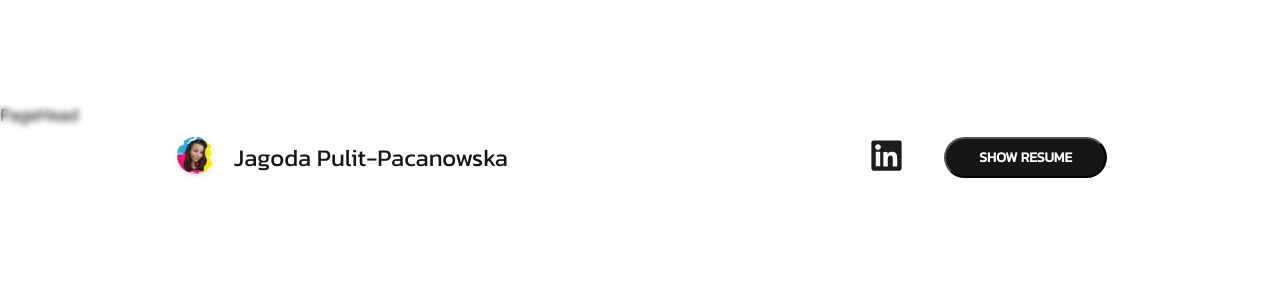
Repository: remigiuszpulit/ux-ui-portfolio
Page: /dimarkit
The author's editor kept a copy of each file at every save. The page is drawn from the files as they stood at one save, then again after the next save.
The browser window is 1280 px wide. The pictures show the whole page.
The project was rebuilt for these pictures with package versions that can differ from the ones it lists, and the page was loaded fresh each time. Also part of the build but not shown: src/components/Card.js, src/pages/index.js.

Above is the page before, as saved 2022-10-03 19:29:13.

### public/index.html
<!DOCTYPE html>
<html lang="en">
  <head>
    <meta charset="utf-8" />
    <link rel="icon" href="%PUBLIC_URL%/avatar.svg" />
    <meta name="viewport" content="width=device-width, initial-scale=1" />
    <meta name="theme-color" content="#000000" />
    <meta
      name="description"
      content="Web site created using create-react-app"
    />
    <link rel="apple-touch-icon" href="%PUBLIC_URL%/avatar.svg" />
    <!--
      manifest.json provides metadata used when your web app is installed on a
      user's mobile device or desktop. See https://developers.google.com/web/fundamentals/web-app-manifest/
    -->
    <link rel="manifest" href="%PUBLIC_URL%/manifest.json" />
    <!--
      Notice the use of %PUBLIC_URL% in the tags above.
      It will be replaced with the URL of the `public` folder during the build.
      Only files inside the `public` folder can be referenced from the HTML.

      Unlike "/favicon.ico" or "favicon.ico", "%PUBLIC_URL%/favicon.ico" will
      work correctly both with client-side routing and a non-root public URL.
      Learn how to configure a non-root public URL by running `npm run build`.
    -->
    <title>Jagoda Pulit UX/UI Portfolio</title>
  </head>
  <body>
    <noscript>You need to enable JavaScript to run this app.</noscript>
    <div id="root"></div>
    <!--
      This HTML file is a template.
      If you open it directly in the browser, you will see an empty page.

      You can add webfonts, meta tags, or analytics to this file.
      The build step will place the bundled scripts into the <body> tag.

      To begin the development, run `npm start` or `yarn start`.
      To create a production bundle, use `npm run build` or `yarn build`.
    -->
  </body>
</html>

### src/index.js
import React from "react";
import ReactDOM from "react-dom/client";
import "./index.css";
import App from "./App";
import reportWebVitals from "./reportWebVitals";

const root = ReactDOM.createRoot(document.getElementById("root"));
root.render(
  // <React.StrictMode>
  <App />
  // </React.StrictMode> */
);

// If you want to start measuring performance in your app, pass a function
// to log results (for example: reportWebVitals(console.log))
// or send to an analytics endpoint. Learn more: https://bit.ly/CRA-vitals
reportWebVitals();

### src/App.js
import { BrowserRouter, Routes, Route } from "react-router-dom";
import Navbar from "./components/Navbar";
import GlobalStyle from "./globalStyles";
import Index from "./pages";
import Dimark from "./pages/dimark";

function App() {
  return (
    <>
      <GlobalStyle />
      <BrowserRouter>
        <Navbar />

        <Routes>
          <Route path="/" element={<Index />} />
          <Route path="/dimarkit" element={<Dimark />} />
        </Routes>
      </BrowserRouter>
    </>
  );
}

export default App;

### src/components/Navbar.js
import React from "react";
import styled from "styled-components";
import avatar from "../static/avatar.svg";
import LinkedinIcon from "../static/LinkedinIcon.svg";
import "@fontsource/kanit";

function Navbar(props) {
  return (
    <NavContainer>
      <NavWrapper>
        <ItemsWrapper>
          <img src={avatar} alt="Avatar" />
          <LogoText>Jagoda Pulit-Pacanowska</LogoText>
        </ItemsWrapper>
        <ItemsWrapper>
          <a
            href="https://www.linkedin.com/in/jagoda-pulit/"
            target={"_blank"}
            rel="noreferrer"
          >
            <img src={LinkedinIcon} alt="LinkedinIcon" />
          </a>
          <ResumeButton>
            <ResumeButtonText>show resume</ResumeButtonText>
          </ResumeButton>
        </ItemsWrapper>
      </NavWrapper>
    </NavContainer>
  );
}

export default Navbar;

const NavContainer = styled.nav`
  height: 105px;
  background: rgba(232, 228, 222, 0.01);
  backdrop-filter: blur(3px);
  position: fixed;
  display: flex;
  width: 100%;
  justify-content: center;
`;

const NavWrapper = styled.div`
  width: 73%;
  display: flex;
  justify-content: center;
  align-items: center;
  flex-direction: column;
  @media (min-width: 768px) {
    justify-content: space-between;
    flex-direction: row;
    width: 73%;
  }
`;
const ItemsWrapper = styled.div`
  display: flex;
  align-items: center;
`;
const LogoText = styled.h3`
  margin-left: 16px;
  font-family: "Kanit";
  font-style: normal;
  font-weight: 500;
  font-size: 16px;
  @media (min-width: 768px) {
    font-size: 24px;
  }
  line-height: 124%;
  color: #161616;
`;

const ResumeButton = styled.button`
  display: flex;
  flex-direction: row;
  width: 163px;
  height: 41px;
  justify-content: center;
  margin-left: 42px;
  align-items: center;
  padding: 10px;
  background: #161616;
  border-radius: 159px;
`;

const ResumeButtonText = styled.h4`
  font-family: "Kanit";
  font-style: normal;
  font-weight: 600;
  font-size: 14px;
  line-height: 21px;
  /* identical to box height */

  text-transform: uppercase;

  color: #ffffff;

  /* Inside auto layout */

  flex: none;
  order: 0;
  flex-grow: 0;
`;

### src/globalStyles.js
import { createGlobalStyle } from "styled-components";

const GlobalStyle = createGlobalStyle`
  body {
    margin: 0;
    padding: 0;
  }
`;

export default GlobalStyle;

### src/pages/dimark.js
import React from "react";
import PageHead from "../components/PageHead";
import styled from "styled-components";

function Dimark(props) {
  return <PageHead />;
}

export default Dimark;
const Page = styled.div`
  display: flex;
  justify-content: center;
`;

### src/components/PageHead.js
import React from "react";
import styled from "styled-components";

function PageHead(props) {
  return <Container>PageHead</Container>;
}

export default PageHead;

const Container = styled.div`
  width: 73%;
  margin-top: 150px;
  @media (min-width: 768px) {
    margin-top: 105px;
  }
`;

Loaded but not shown: src/index.css (common file); src/reportWebVitals.js (common file)

After the next save:
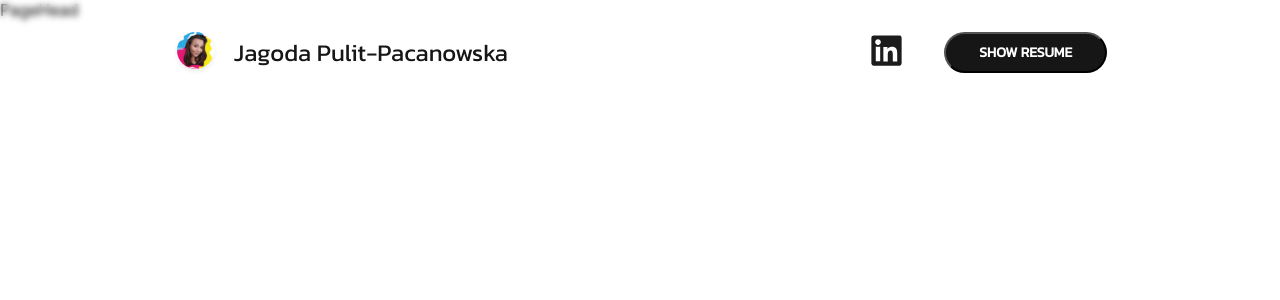
Saved 89 s later.
--- a/src/components/PageHead.js
+++ b/src/components/PageHead.js
@@ -7,8 +7,9 @@
 
 export default PageHead;
 
-const Container = styled.div`
-  width: 73%;
+const Container = styled.div``;
+
+const Wrapper = styled.div`
   margin-top: 150px;
   @media (min-width: 768px) {
     margin-top: 105px;

After the save that followed:
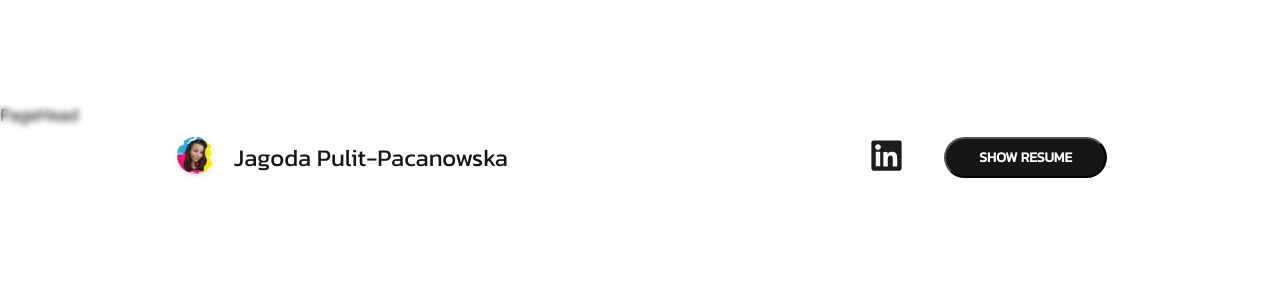
Saved 14 s later.
--- a/src/components/PageHead.js
+++ b/src/components/PageHead.js
@@ -2,7 +2,11 @@
 import styled from "styled-components";
 
 function PageHead(props) {
-  return <Container>PageHead</Container>;
+  return (
+    <Wrapper>
+      <Container>PageHead</Container>
+    </Wrapper>
+  );
 }
 
 export default PageHead;
